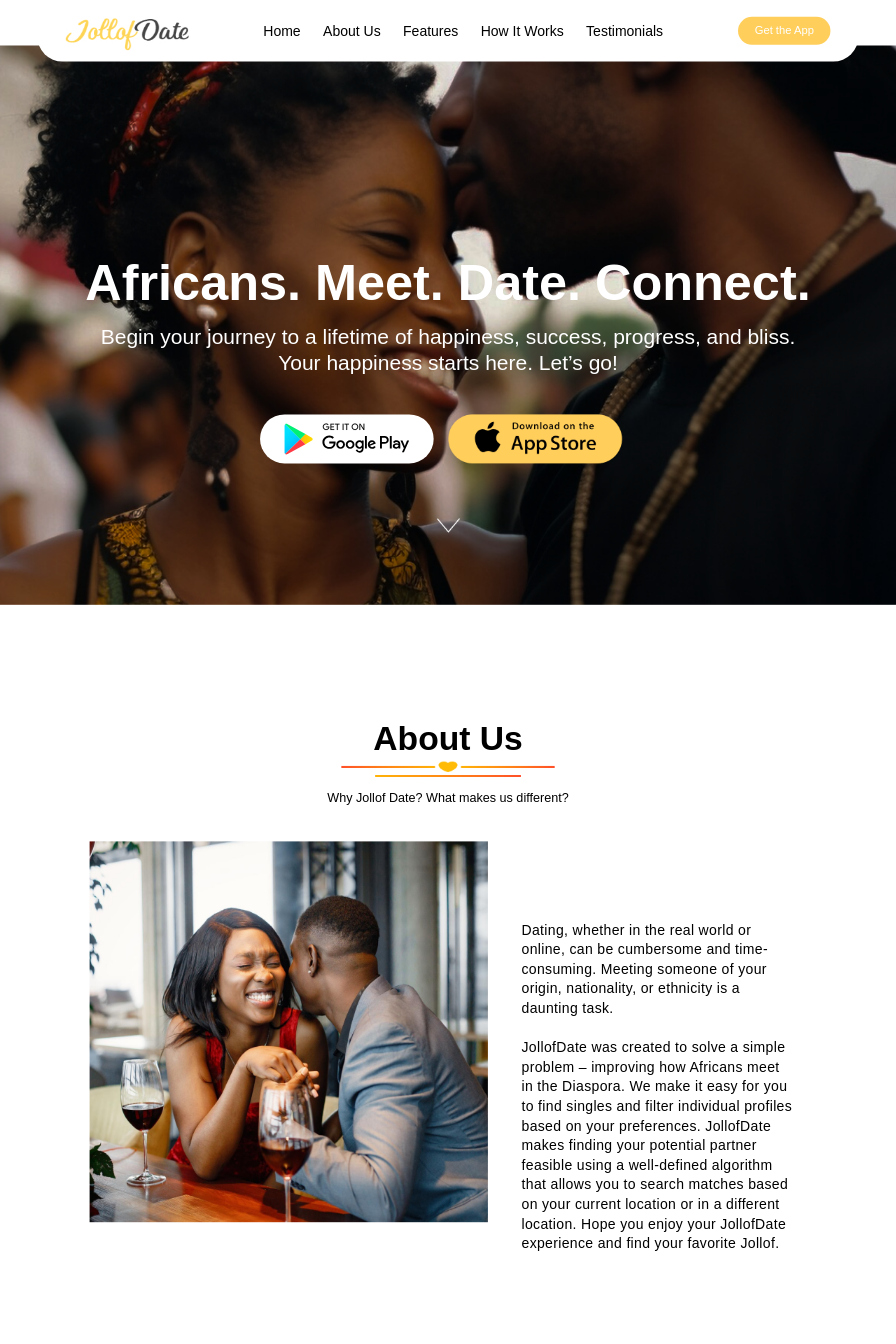
Repository: FarhanNasiru/jollofdate-frontend
Page: /
The author's editor kept a copy of each file at every save. The page is drawn from the files as they stood at one save, then again after the next save.
The browser window is 1280 px wide. The pictures show the part of the page from y = 0 to 1920 px (the page is 7400 px tall before and 7448 px after), at 70% of full size.
Some web fonts or font styles are not loaded; a fallback is used. The project was rebuilt for these pictures with package versions that can differ from the ones it lists, and the page was loaded fresh each time. Also part of the build but not shown: vite.config.js, src/Pages/Footer2.jsx, src/components/Header2.jsx, src/Pages/privacy.jsx, src/Pages/Term.jsx.

Above is the page before, as saved 2024-08-20 16:25:07.

### index.html
<!doctype html>
<html lang="en">
  <head>
    <meta charset="UTF-8" />
    <link rel="icon" type="image/svg+xml" href="/vite.svg" />
    <meta name="viewport" content="width=device-width, initial-scale=1.0" />
    <title>Jellof Date</title>
  </head>
  <body>
    <div id="root"></div>
    <script type="module" src="/src/main.jsx"></script>
  </body>
</html>

### src/App.jsx
import { BrowserRouter as Router, Route, Routes } from "react-router-dom";
import Home from "./Pages/Home";
import Privacy from "./Pages/privacy";
import Terms from "./Pages/Term";
import "./index.css";
const App = () => {
  return (
    <Router>
      <main>
        <Routes>
          <Route path="/" element={<Home />} />
          <Route path="/privacy" element={<Privacy />} />
          <Route path="/terms" element={<Terms />} />
        </Routes>
      </main>
    </Router>
  );
};

export default App;

### src/index.css
@import url('https://fonts.cdnfonts.com/css/hvdtrial-brandon-grotesque');
@import url('https://fonts.googleapis.com/css2?family=Almendra:ital,wght@0,400;0,700;1,400;1,700&display=swap');
@import "slick-carousel/slick/slick.css";
@import "slick-carousel/slick/slick-theme.css";

@tailwind base;
@tailwind components;
@tailwind utilities;

### src/Pages/Home.jsx
import Faq from "../components/Faq";
import Testimonials from "../components/Testimonials";
import Community from "../components/Community";
import How from "../components/Howitworks";
import Features from "../components/Features";
import About from "../components/Aboutus";
import Download from "../components/Download";
import Footer from "../components/Footer";
import Header from "../components/Header";

function Home() {
  return (
    <main className=" bg-white justify-center font-HvDTrial">
      <Header />
      <section
        id="home"
        className="pl-8 pr-8 justify-center bg-center bg-no-repeat items-center w-full lg:pt-60 lg:pb-9 bg-[url('/Images/Home-bg.png')] h-auto"
      >
        <h1 className="  text-wrap text-white text-7xl md:text-7xl  font-medium md:font-semibold text-center pt-32 pb-6 h-auto">
          Africans. Meet. Date. Connect.{" "}
        </h1>
        <p className=" text-2xl px-6 text-center text-white font-normal md:text-3xl">
          Begin your journey to a lifetime of happiness, success, progress, and
          bliss.
          <br /> Your happiness starts here. Let’s go!
        </p>
        <div className=" flex justify-center pt-12 flex-wrap pb-16">
          <a
            href="#"
            className="bg-transparent text-black px-1 py-1 rounded flex items-center"
          >
            <img
              src="/Images/Googleplay-whitesvg.svg"
              alt="Google Play"
              className="w-full h-full img-center"
            />
          </a>
          <a
            href="#"
            className="bg-transparent text-black px-4 py-2 rounded flex items-center"
          >
            <img
              src="/Images/Applestore-white.png"
              alt="App Store"
              className="w-full h-full mr-2"
            />
          </a>
        </div>
        <div className=" justify-center ">
          <a href="#footer">
            <img
              src="/Images/Home-arrow.png"
              alt=""
              className=" sm:hidden md:flex lg:flex xl:flex justify-center m-auto md:pb-32"
            />
          </a>
        </div>
      </section>
      <About />
      <Features />
      <How />
      <Community />
      <Testimonials />
      <Faq />
      <Download />
      <Footer />
    </main>
  );
}

export default Home;

### src/components/Faq.jsx
import { useState } from "react";

function Faq() {
  const [openIndexes, setOpenIndexes] = useState([]);

  const toggleDropdown = (index) => {
    if (openIndexes.includes(index)) {
      setOpenIndexes(openIndexes.filter((i) => i !== index));
    } else {
      setOpenIndexes([...openIndexes, index]);
    }
  };

  const faqItems = [
    "How can I create my profile on the app?",
    "How can I create my profile on the app?",
    "How can I create my profile on the app?",
    "How can I create my profile on the app?",
    "How can I create my profile on the app?",
    "How can I create my profile on the app?",
  ];

  return (
    <section id="frequently-asked-questions" className="pb-14 sm:px-9">
      <div className="sm:pb-20 md:pb-12">
        <h2 className="text-2xl md:text-3xl font-bold text-center pt-24">
          Frequently Asked Questions
        </h2>
        <div className="flex justify-center py-4">
          <img src="/Images/love-logo.png" alt="" className=" md:w-auto" />
        </div>
        <h3 className="text-center text-lg">
          You have questions? Check here for answers
        </h3>
      </div>
      <div className="text-left sm:text-wrap px-4">
        {faqItems.map((item, index) => (
          <div key={index} className=" mx-auto mt-3">
            <div
              className={`flex pt-7 pl-16 pr-12 pb-6 justify-between cursor-pointer ${
                openIndexes.includes(index)
                  ? "bg-customYellow1 font-bold text-black text-xl rounded-t-md"
                  : "bg-bright text-black text-lg border-solid border rounded-lg border-customYellow1"
              }`}
              onClick={() => toggleDropdown(index)}
            >
              <p className="text-xl font-medium">{item}</p>
              {openIndexes.includes(index) ? (
                <div className="h-6 w-6">
                  <img src="/Images/add.svg" alt="" />
                </div>
              ) : (
                <div className="h-6 w-6">
                  <img src="/Images/add2.svg" alt="" className="bg-white" />
                </div>
              )}
            </div>
            {openIndexes.includes(index) && (
              <div className="p-4 bg-customYellow1 rounded-b-md shadow pt-7 pl-16 pr-12 pb-8">
                <p className=" xl:w-custom3text-xl md:text-wrap sm:text-balance">
                  Begin your journey to a lifetime of happiness, success,
                  progress and bliss. Begin your journey to a lifetime of
                  happiness, success, progress and bliss. Begin your journey to
                  a lifetime of happiness, success, progress and bliss. Begin
                  your journey to a lifetime of happiness, success, progress and
                  bliss. Begin your journey to a lifetime of happiness, success,
                  progress and bliss. Begin your journey to a lifetime of
                  happiness, success, progress and bliss. Begin your journey to
                  a lifetime of happiness, success, progress and bliss.
                </p>
              </div>
            )}
          </div>
        ))}
      </div>
    </section>
  );
}

export default Faq;

### src/components/Testimonials.jsx
import { Carousel } from "antd";

function Testimonials() {
  const contentStyle = {
    height: "auto",
    color: "#fff",
    lineHeight: "40px",
    textAlign: "center",
    background: "transparent",
  };

  const testimonials = [
    {
      quote:
        "“Other dating apps were like shooting fish in a barrel. But my girlfriend and I clicked right away on Jollofdate, and the conversation was effortless. We’ve been together for over a year.”",
      name: "Caitlyn King",
    },
    {
      quote:
        "“Other dating apps were like shooting fish in a barrel. But my girlfriend and I clicked right away on Jollofdate, and the conversation was effortless. We’ve been together for over a year.”",
      name: "Crystabel lyn",
    },
    {
      quote:
        "“Other dating apps were like shooting fish in a barrel. But my girlfriend and I clicked right away on Jollofdate, and the conversation was effortless. We’ve been together for over a year.”",
      name: "David Johnson",
    },
    {
      quote:
        "“Other dating apps were like shooting fish in a barrel. But my girlfriend and I clicked right away on Jollofdate, and the conversation was effortless. We’ve been together for over a year.”",
      name: "King Micheal",
    },
  ];

  return (
    <section id="testimonials" className="p-8 pt-24">
      <div>
        <h2 className="text-5xl font-bold text-center p-2">Testimonials</h2>
        <div className="flex justify-center pb-5 md:pb-6">
          <img src="/Images/love-logo.png" alt="Love Logo" />
        </div>
        <h3 className="text-center text-lg">
          Read what our existing users have to say
        </h3>
      </div>
      <div className="text-center pt-9 pb-16 text-black">
        <Carousel autoplay>
          {testimonials.map((testimonial, index) => (
            <div key={index}>
              <div style={contentStyle}>
                <h1 className="text-black text-center m-auto font-normal text-2xl text-wrap">
                  {testimonial.quote}
                </h1>
                <div className="flex justify-center py-3">
                  {[...Array(5)].map((_, i) => (
                    <img
                      key={i}
                      src="/Images/Star.svg"
                      alt="Star"
                      className="mx-1"
                    />
                  ))}
                </div>
                <p className="text-center text-black text-lg pb-8">
                  {testimonial.name}
                </p>
              </div>
            </div>
          ))}
        </Carousel>
      </div>
    </section>
  );
}

export default Testimonials;

### src/components/Community.jsx
function Community() {
  return (
    <div>
      <section
        id="Community"
        className="bg-custom-radial flex flex-col items-center justify-center mb-28 px-6 pt-8"
      >
        <div className="space-y-8 text-center text-black">
          <div>
            <h1 className="text-3xl sm:text-4xl md:text-5xl font-bold">
              Join the
            </h1>
            <h2 className="text-3xl sm:text-4xl md:text-5xl font-bold">
              Jollof Date Community
            </h2>
          </div>
          <div className="w-full sm:w-4/5 md:w-3/5 lg:w-custom9 mx-auto">
            <h3 className="text-sm sm:text-base font-normal">
              Download the app from your store and begin your journey to a
              lifetime of happiness, success, progress, and bliss.
            </h3>
          </div>
          <div className="flex flex-col md:flex-row justify-center items-center m-auto gap-3">
            <a href="" className="w-32 md:w-40">
              <img
                src="/Images/Applestore-dark.png"
                alt="Download on the App Store"
                className="m-auto"
              />
            </a>
            <a href="" className="w-32 md:w-40">
              <img
                src="/Images/Googleplay-Dark.png"
                alt="Get it on Google Play"
                className="m-auto"
              />
            </a>
          </div>
        </div>
        <div className="flex justify-center mt-8">
          <img
            src="/Images/threephones.png"
            alt="Three phones showing the app"
            className="w-full sm:w-4/5 md:w-3/5 lg:w-auto"
          />
        </div>
      </section>
    </div>
  );
}

export default Community;

### src/components/Howitworks.jsx
function Howitworks() {
  return (
    <div>
      <section id="how-it-works" className="pt-16 md:pt-72 pb-10">
        <h2 className="text-2xl md:text-3xl font-bold text-center mt-24 md:mt-44 p-2">
          How it works
        </h2>
        <div className="flex justify-center pb-4 md:pb-2">
          <img src="/Images/love-logo.png" alt="" className=" md:w-auto" />
        </div>
        <h3 className="text-center text-sm md:text-base pb-4 md:pb-6">
          A step-by-step guide on how to get started on Jollof Date
        </h3>
        <div className="flex flex-col xl:flex-row p-4 md:p-8 space-y-8 md:space-y-0">
          <div id="picture" className="flex justify-center   space-x-3 ">
            <img
              src="/Images/f-and-j-frame.png"
              alt=""
              className="w-full md:w-auto"
            />
          </div>
          <div className="icon space-y-8 md:space-y-11 md:ml-11">
            <div className="flex gap-4 md:gap-6">
              <img
                src="/Images/sign up.png"
                alt=""
                className="w-12 h-12 md:w-16 md:h-16"
              />
              <div>
                <h1 className="font-bold text-xl md:text-2xl">Sign Up</h1>
                <h2 className="font-normal text-sm md:text-xl">
                  Begin your journey to a lifetime of happiness, success,
                  progress, and bliss.
                </h2>
              </div>
            </div>
            <div className="flex gap-4 md:gap-6">
              <img
                src="/Images/create.png"
                alt=""
                className="w-12 h-12 md:w-16 md:h-16"
              />
              <div>
                <h1 className="font-bold text-xl md:text-2xl">
                  Create Profile and Add Preferences
                </h1>
                <h2 className="font-normal text-sm md:text-xl">
                  Share your interests, hobbies, and a bit about yourself to
                  help us find your perfect match.
                </h2>
              </div>
            </div>
            <div className="flex gap-4 md:gap-6">
              <img
                src="/Images/browse.png"
                alt=""
                className="w-12 h-12 md:w-16 md:h-16"
              />
              <div>
                <h1 className="font-bold text-xl md:text-2xl">
                  Browse and Match
                </h1>
                <h2 className="font-normal text-sm md:text-xl">
                  Use our advanced filters to find people who share your
                  interests and values. Start connecting today.
                </h2>
              </div>
            </div>
            <div className="flex gap-4 md:gap-6">
              <img
                src="/Images/chat.png"
                alt=""
                className="w-12 h-12 md:w-16 md:h-16"
              />
              <div>
                <h1 className="font-bold text-xl md:text-2xl">Chat and Call</h1>
                <h2 className="font-normal text-sm md:text-xl">
                  Get to know your matches better and build connections in a
                  safe and private environment.
                </h2>
              </div>
            </div>
          </div>
        </div>
      </section>
    </div>
  );
}

export default Howitworks;

### src/components/Features.jsx
function Features() {
  return (
    <div>
      <section
        id="features"
        className=" md:p-8 pt-16 md:pt-24 mb-20 md:mb-40 bg-featuresY h-full w-full md:h-custom16"
      >
        <div className="">
          <div className="flex flex-col md:flex-row justify-between m-auto px-4 md:px-8 space-y-4 md:space-y-0">
            <h3 className="text-3xl md:text-5xl font-bold w-full md:w-96 h-auto md:h-36 text-white">
              Key features of Jollof Date
            </h3>
            <h2 className="text-xl w-full md:w-custom4 font-normal text-white">
              Discover what sets Jollofdate apart with advanced matching
              algorithms, robust privacy controls, and user-friendly features
              designed to create meaningful connections and enhance your online
              dating experience.
            </h2>
          </div>
          <div className="flex flex-col md:flex-row h-full space-y-4 md:space-y-0 md:space-x-9 pl-0 md:pl-8 pr-0 md:pr-8 mt-8 w-full">
            <div className="bg-white text-center border rounded-3xl">
              <img
                src="/Images/phone1.png"
                alt=""
                className="w-full md:w-auto"
              />
            </div>
            <div className="bg-white text-center border rounded-3xl">
              <a href="">
                <img src="/Images/Phone2.png" alt="" className="w-full" />
              </a>
            </div>
            <div className="bg-white text-center border rounded-3xl">
              <a href="">
                <img src="/Images/Phone3.png" alt="" className="w-full" />
              </a>
            </div>
          </div>
        </div>
      </section>
    </div>
  );
}

export default Features;

### src/components/Aboutus.jsx
function Aboutus() {
  return (
    <div>
      <section id="about-us" className="pt-16 md:pt-24">
        <div className="px-4 md:px-24">
          <h2 className="text-3xl md:text-5xl font-bold text-center p-2">
            About Us
          </h2>
          <div className="flex justify-center pb-4">
            <img src="/Images/love-logo.png" alt="" className="md:14" />
          </div>
          <h3 className="text-center text-base md:text-lg pb-8 md:pb-12">
            Why Jollof Date? What makes us different?
          </h3>
          <div className="flex flex-col xl:flex-row gap-4 lg:gap-8 px-2 lg:px-8 pb-16 lg:pb-32 justify-center">
            <img
              src="/Images/Lovers.png"
              alt=""
              className="max-w-xl max-h-3px"
            />
            <div className="tracking-wide bg-white p-4 md:pt-28 font-normal text-base md:text-xl">
              <p>
                Dating, whether in the real world or online, can be cumbersome
                and time-consuming. Meeting someone of your origin, nationality,
                or ethnicity is a daunting task.
              </p>
              <br />
              <p>
                JollofDate was created to solve a simple problem – improving how
                Africans meet in the Diaspora. We make it easy for you to find
                singles and filter individual profiles based on your
                preferences. JollofDate makes finding your potential partner
                feasible using a well-defined algorithm that allows you to
                search matches based on your current location or in a different
                location. Hope you enjoy your JollofDate experience and find
                your favorite Jollof.
              </p>
            </div>
          </div>
        </div>
        <div className="flex flex-col md:flex-row justify-center items-center space-y-12 md:space-y-0 md:space-x-20 lg:space-x-48 px-16 pb-14 w-11/12">
          <div className="flex items-center">
            <img src="/Images/person.png" alt="Person Icon" className="mr-4" />
            <div className="text-center md:text-left">
              <h1 className="font-bold text-4xl">360</h1>
              <h2 className="text-xs">Global Downloads</h2>
            </div>
          </div>

          <div className="flex items-center">
            <img src="/Images/people.png" alt="People Icon" className="mr-4" />
            <div className="text-center md:text-left">
              <h1 className="font-bold text-4xl">350</h1>
              <h2 className="text-xs">Active Users</h2>
            </div>
          </div>

          <div className="flex items-center">
            <img src="/Images/world-o.png" alt="World Icon" className="mr-4" />
            <div className="text-center md:text-left">
              <h1 className="font-bold text-4xl">100</h1>
              <h2 className="text-xs">Countries</h2>
            </div>
          </div>

          <div className="flex items-center">
            <img src="/Images/Star2.png" alt="Star Icon" className="" />
            <div className="text-center md:text-left">
              <h1 className="font-bold text-4xl">100</h1>
              <h2 className="text-xs lg:text-xl">4 star + ratings</h2>
            </div>
          </div>
        </div>
      </section>
    </div>
  );
}

export default Aboutus;

### src/components/Download.jsx
function Download() {
  return (
    <section
      id="last"
      className=" mt-20 w-full justify-center bg-customYellow1 md:w-3/4 xl:w-4/5 md:h-full pb-9 m-auto pt-9 p-11 border-0 rounded-2xl -mb-[100px] relative "
    >
      <div className="">
        <div>
          <h1 className="text-center font-normal text-xl pb-3 pl-3 pr-3">
            Your one stop spot for the right relationship
          </h1>
        </div>
        <h3 className="text-center font-bold text-4xl pb-3 lg:">
          Download Jollofdate Now
        </h3>
        <h2 className=" flex text-center justify-center m-auto font-normal xl:w-80 pb-8">
          Begin your journey to a lifetime of happiness, success, progress and
          bliss.
        </h2>
        <div className="text-center md:flex flex-wrap justify-center gap-4 m-auto space-y-7 md:space-y-0 ">
          <img
            src="/Images/Applestore-dark.png"
            alt=""
            className="m-auto md:m-0"
          />
          <img
            src="/Images/Googleplay-Dark.png"
            alt=""
            className="m-auto md:m-0"
          />
        </div>
      </div>
    </section>
  );
}

export default Download;

Loaded but not shown: src/main.jsx (common file); tailwind.config.js (58 lines, source omitted); src/components/Header.jsx (148 lines, source omitted); src/components/Footer.jsx (106 lines, source omitted)

After the next save:
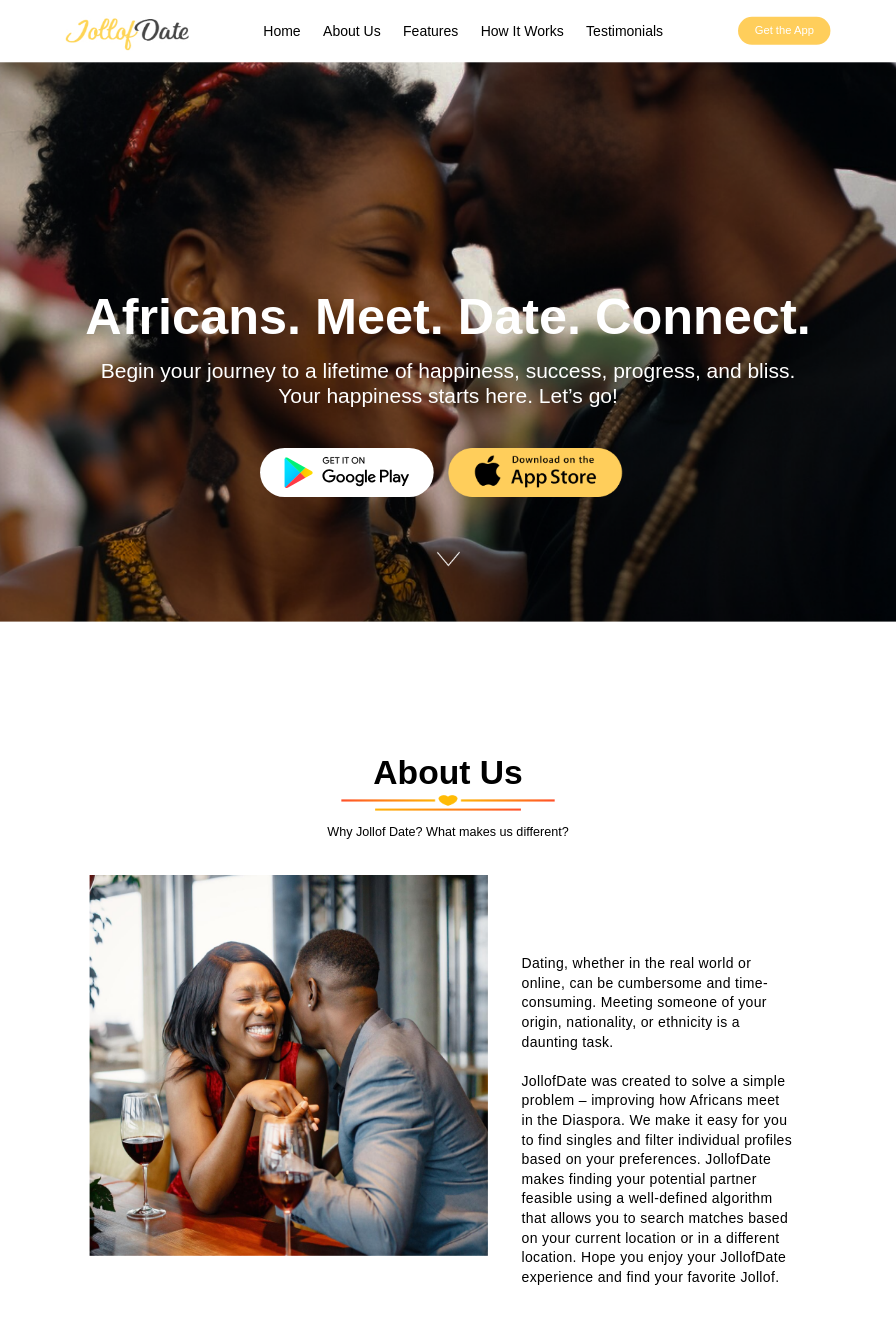
Saved 11 s later.
--- a/src/Pages/Home.jsx
+++ b/src/Pages/Home.jsx
@@ -14,7 +14,7 @@
       <Header />
       <section
         id="home"
-        className="pl-8 pr-8 justify-center bg-center bg-no-repeat items-center w-full lg:pt-60 lg:pb-9 bg-[url('/Images/Home-bg.png')] h-auto"
+        className="pl-8 pr-8 justify-center bg-center bg-no-repeat items-center w-full lg:pt-72 lg:pb-9 bg-[url('/Images/Home-bg.png')] h-auto"
       >
         <h1 className="  text-wrap text-white text-7xl md:text-7xl  font-medium md:font-semibold text-center pt-32 pb-6 h-auto">
           Africans. Meet. Date. Connect.{" "}
